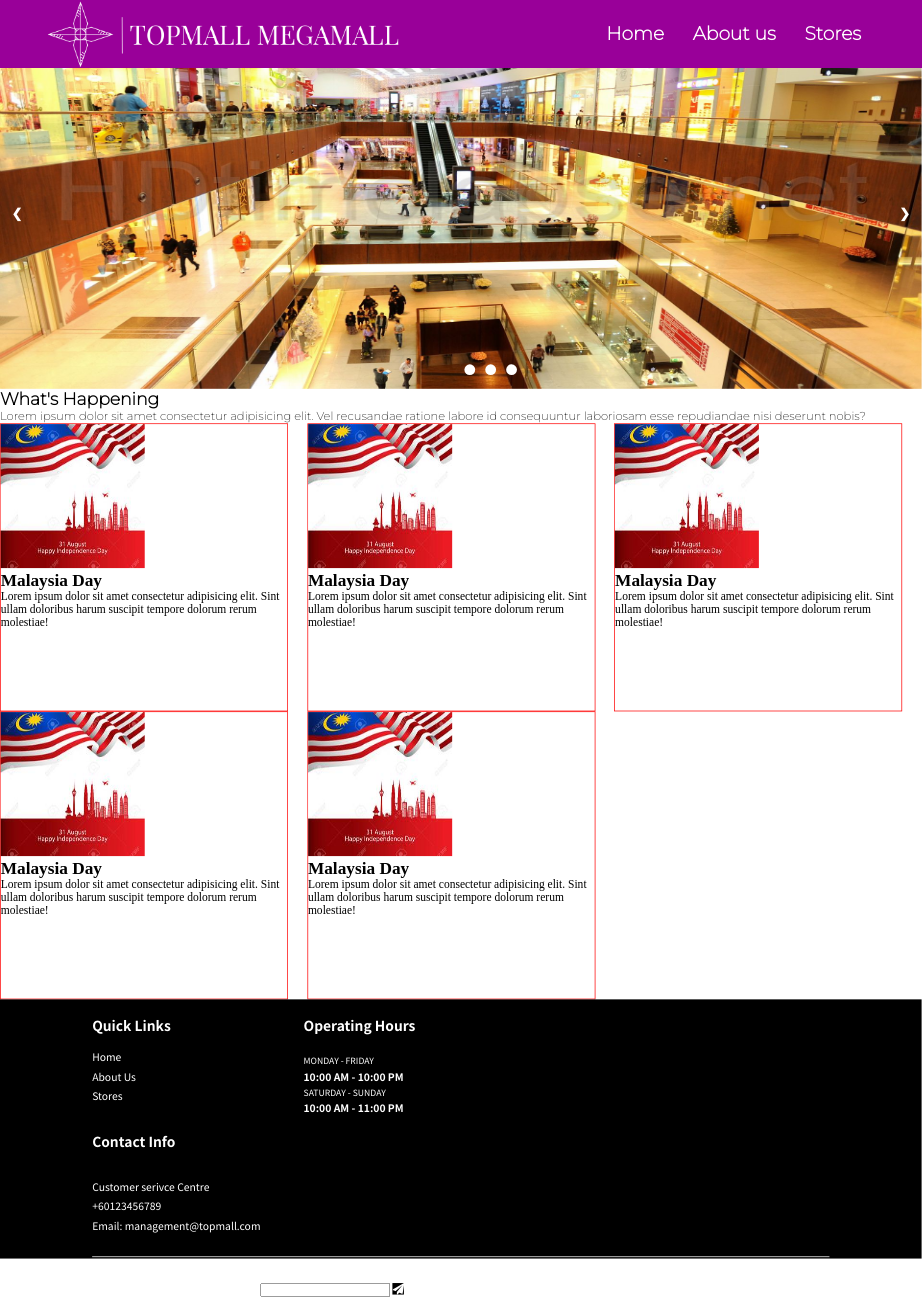
Repository: Jack0Bong/Web-Dev-Assignment
Page: index.html
These files come from the project's save history. The page is drawn as it stood at one moment and after the next save; the edit follows.
The browser window is 1280 px wide. The pictures show the whole page, at 72% of full size.

Above is the page before, as saved 2021-09-02 01:37:18.

After the next save:
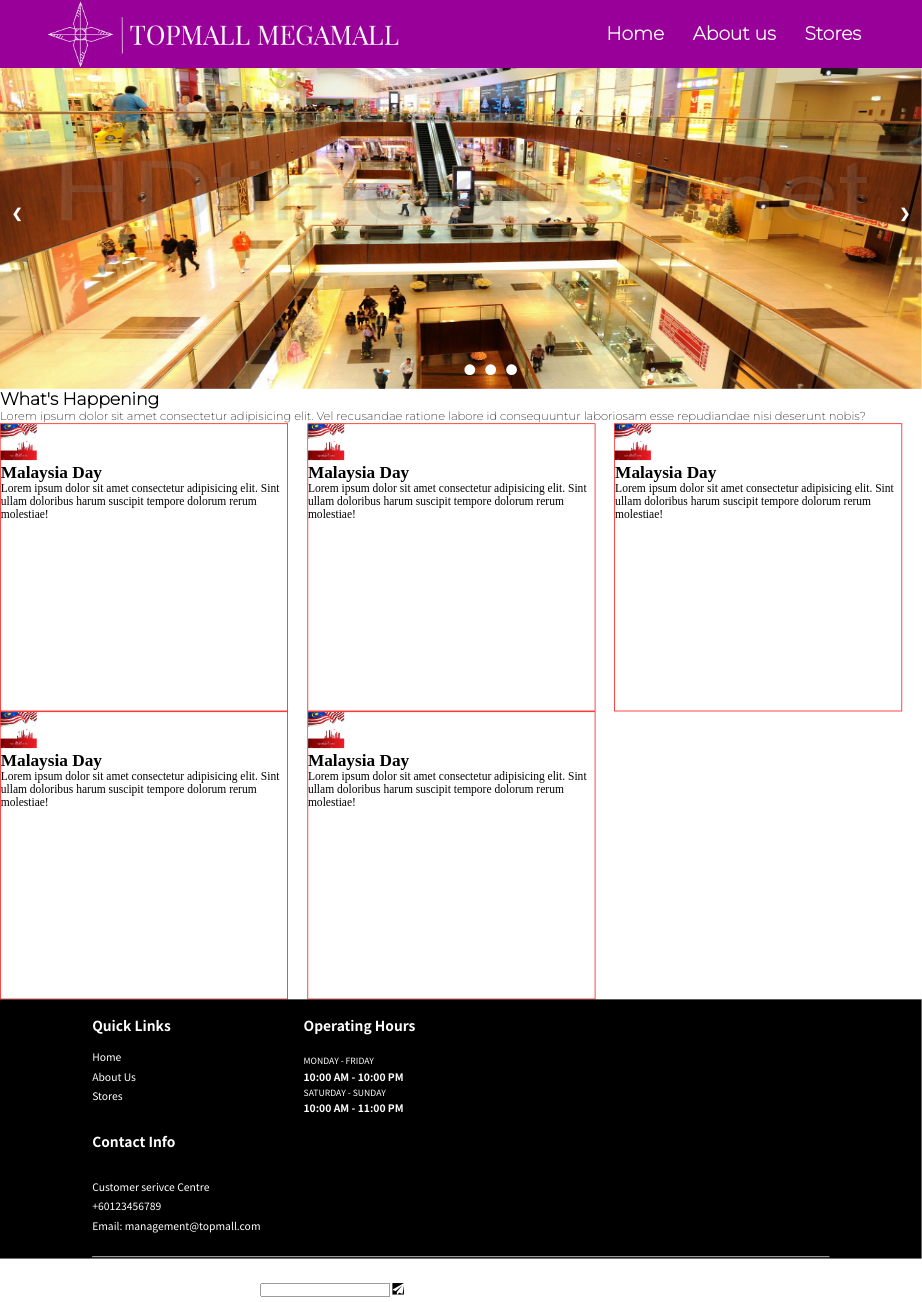
Saved 47 s later.
--- a/css/index.css
+++ b/css/index.css
@@ -100,6 +100,6 @@ to {opacity: 1}
 }
 
 .card img{
-    width: 200px;
-    height: 200px;
+    width: 50px;
+    height: 50px;
 }
